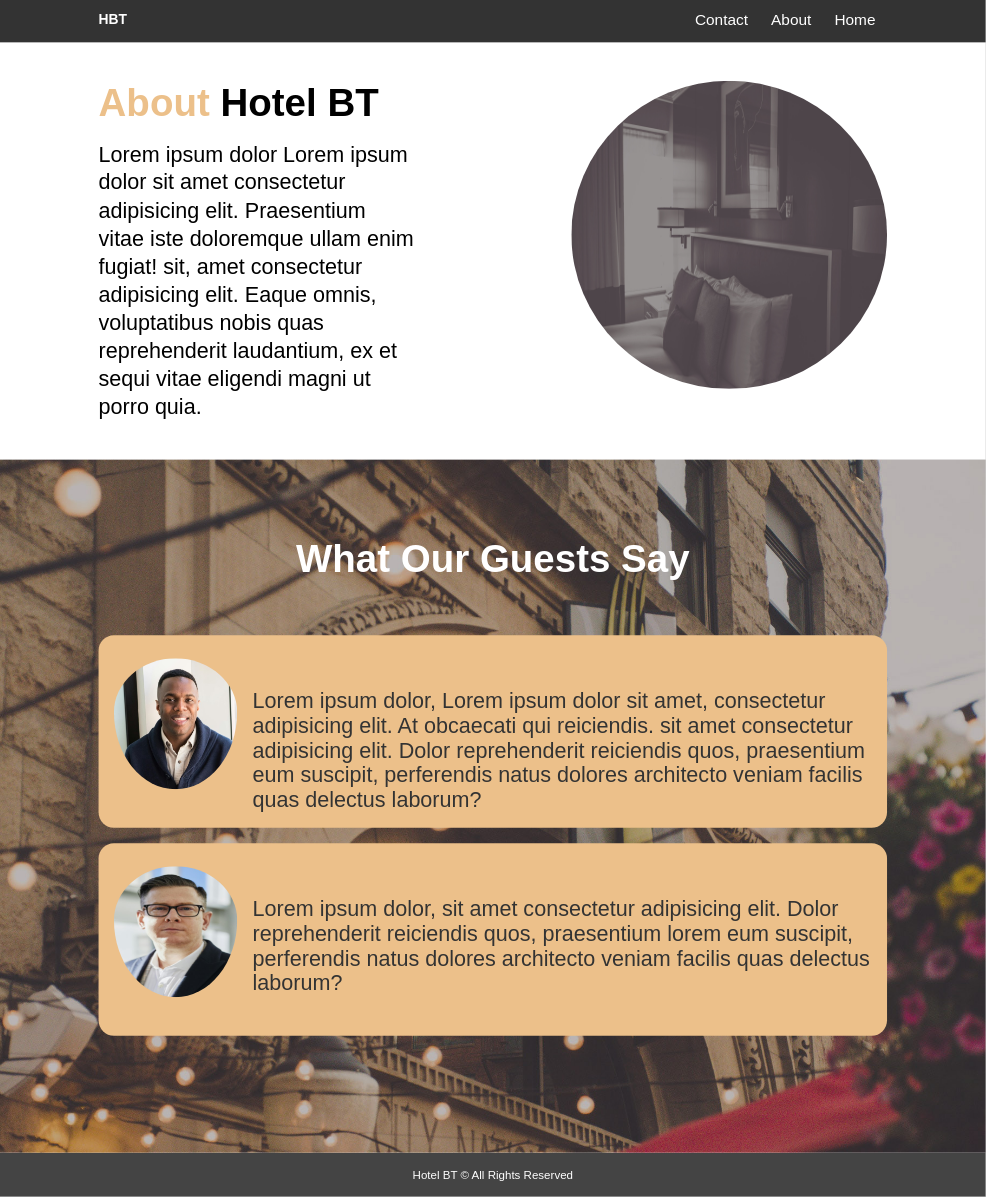
Repository: reemoon-ctrl/35---hotel-website
Page: about.html
The author's editor kept a copy of each file at every save. The page is drawn from the files as they stood at one save, then again after a run of saves.
The browser window is 1280 px wide. The pictures show the whole page, at 77% of full size.

Above is the page before, as saved 2024-07-24 21:20:01.

### about.html
<!DOCTYPE html>
<html lang="en">
<head>
    <meta charset="UTF-8">
    <meta name="viewport" content="width=device-width, initial-scale=1.0">
    <title>HBT | Hotel Website</title>
    <link rel="stylesheet" href="index.css"/>
    <link rel="stylesheet" media="screen and (max-width:500px)" href="mobile.css">
</head>
<body>
    <header>
        <ul class="nav-bar">
            <li class="title"><a href="index.html">HBT</a></li>
            <div class="bag-nav-row" >
            <li class="bag-nav"><a href="contact.html">Contact</a></li>
            <li class="bag-nav"><a href="about.html">About</a></li>
            <li class="bag-nav"><a href="index.html">Home</a></li>
            </div>
        </ul>
    </header>
    <header>


    </header>
    <main>
        <div class="s-header">
            <div class="header-content">
            <h1><span class="fword">About </span>Hotel BT</h1>
            <p>Lorem ipsum dolor Lorem ipsum dolor sit amet consectetur adipisicing elit. Praesentium vitae iste doloremque ullam enim fugiat! sit, amet consectetur adipisicing elit. Eaque omnis, voluptatibus nobis quas reprehenderit laudantium, ex et sequi vitae eligendi magni ut porro quia.
            </p>
           </div>
            <img class="hotel-img2" src="/img/showcase.jpg" alt="Hotel-image">
        </div>
    </main>
    <aside>
        <div class="aside-content">
            <ul>
                <li><h1>What Our Guests Say</h1></li>
                <li class="comment"><img src="img/pexels-divinetechygirl-1181391.jpg" alt="person-img"><p>Lorem ipsum dolor, Lorem ipsum dolor sit amet, consectetur adipisicing elit. At obcaecati qui reiciendis. sit amet consectetur adipisicing elit. Dolor reprehenderit reiciendis quos, praesentium eum suscipit, perferendis natus dolores architecto veniam facilis quas delectus laborum?</p></li>
                <li class="comment"><img src="img/pexels-linkedin-2182970.jpg" alt="person-img"><p>Lorem ipsum dolor, sit amet consectetur adipisicing elit. Dolor reprehenderit reiciendis quos, praesentium lorem eum suscipit, perferendis natus dolores architecto veniam facilis quas delectus laborum?</p></li>

            </ul>
        </div>
    </aside>
    <footer>
        <p>Hotel BT &copy; All Rights Reserved</p>

    </footer>
</body>
</html>

### index.css
*{
    padding: 0px;
    margin: 0px;
    box-sizing: border-box;
    font-family: "Rubik", sans-serif;
    font-optical-sizing: auto;




}
.nav-bar{
    list-style:none;
    overflow: auto;
    /* clear:both; */
    background: #333333;
    font-size: 20px;
    text-align: center;
    height: 55px;

}

.bag-nav-row{
    margin-right: 10%;
}
.title{
    float: left;
    margin-left: 10%;
    font-weight: bold;
    font-size:18px ;

    text-align: center;
    padding:15px 0px;

}
.title  a{
    text-decoration: none;
    color:#fff;
}


.bag-nav{
    float: left;
    font-size: 20px;


}
.bag-nav-row{
    float:right;
}
.bag-nav-row li a{
    text-decoration: none;
    padding: 15px;
    display: inline-block;
    color: #fff;
}

.bag-nav-row li a:hover{
    background: #444444;
    color:#ecc08a;
}
.bag-nav-row li a:current{
    background: #444444;
    color:#ecc08a;
}


.mainheader{
    background-image: url("img/showcase.jpg") ;
    background-color: #cccccc;
    height:600px;
    background-position: center;
    background-repeat: no-repeat;
    background-size:cover;
    position: relative;
}
.mainheadertxt{
    /* margin: auto; */
    padding: 150px 10%;
    position:relative;
    text-align: center;
    /* margin-top: 20px; */
    color:#fff;
}
.mainheadertxt h1{
    font-size:50px;

}

.mainheadertxt p{
    margin:20px;
    font-size: 20px;
}
.mainheadertxt a{
    position:relative;
    display: block;
    width: fit-content;
    background: #444444;
    text-decoration:none ;
    color: #fff;
    top:50%;
    margin-top: 30px;
    margin: auto;
    font-size: 20px;

    padding: 20px;
}
.mainheadertxt a:hover{
    background: #ecc08a;
    cursor: pointer;
    color:#333333;

}
.fword{
    color:#ecc08a
}
.main-content{
    width:100%;
    height:400px;
    overflow: auto;
    background: #444444;
    color: #fff;
}
.hotelimg{
    width:50%;
    float:left;

    min-height:100% ;
    background: url('img/photo-1.jpg') no-repeat;
}
.hotel-disc{
    /* padding-top: 100px; */
    padding:20px 10px;
    width:50%;
    height:40px;
    float:right;
    text-align: center;
    /* margin-top:px; */
    line-height: 1.3;
    /* padding:20px; */

}
.hotel-disc h3{
    font-size: 25px;
    /* font-size: xx-large; */
    margin-bottom: 20px;
    margin-top:5rem;
}
.hotel-disc a{
    position:relative;
    display: block;
    width: fit-content;
    text-decoration:none ;
    color: #333333;
    padding: 15px;
    margin:auto;
    margin-top: 20px;
    background: #fff;

}
.hotel-disc a:hover{
    background: #ecc08a;
}
.hotel-disc p{
    font-size: 20px;
}

.aside-bar{
    height: 300px;
    overflow: auto;
    clear:both;

}
.ul{
    list-style: none;
    text-align: center;
    margin:auto;
    height:300px;
}
.fli{

    margin: auto;
    float: left;
    width:33.3%;
    height: 300px;
    padding: 90px 20px;
}
.fli h4{
    font-size: 25px;
    margin-bottom: 20px;
    margin-top: 20px;
}
.sli h4{
    margin-top: 20px;
    font-size: 25px;
    margin-bottom: 20px;
}
.thli h4{
    margin-top: 20px;
    font-size: 25px;
    margin-bottom: 20px;
}
.sli{
    float:left;
    width:33.3%;
    background-color:#ecc08a;
    height: 300px;
    padding: 90px 20px;

}
.thli{
    float:right;
    width:33.3%;
    height: 300px;
    margin: auto;
    padding: 90px 20px;
}

footer p{
    text-align: center;
    font-size: 15px;
    color: #fff;
    background: #444444;
    padding: 20px;
}

/* ///////////////about website////////////////// */
.s-header{
    overflow: auto;
    clear: both;
    margin: auto;
    margin: 50px 10%;
    /* height: 500px; */
}
.header-content{
    float:left;
    width:40%;

}
.header-content h1{
    font-size: 50px;
}
.header-content p{
    font-size: 28px;
    margin-top: 20px;
    line-height: 1.3;
}
.hotel-img2{
    height:400px;
    width: 40%;
    float: right;
    border-radius:50%;
}
.comment{
    overflow: auto;
    background:#ecc08a;
    margin: 20px 10%;
    border-radius: 20px;

}
.aside-content{
    background-image: url(img/test-bg.jpg) ;
    background-color: #cccccc;
    height:900px;
    background-position: center;
    background-repeat: no-repeat;
    background-size: cover;
    position: relative;
    width: 100%;



}
.aside-content h1{
    margin: 20px 10%;
    text-align: center;
    color: #FFF;
    font-size: 50px;
    padding-top: 100px;
    padding-bottom: 50px;

}
.comment img{
    padding-top: 30px;
width:200px ;
height:200px ;
border-radius: 200px;
float: left;
padding-right: 20px;
padding-left: 20px;
margin-bottom: 50px;
}
.comment p{
padding-top: 70px;
font-size: 28px;
color: #333333;


}
/* ///////////////contact style///////////// */
form h1{
    margin-bottom: 20px;
    font-size: 50px;

}
form p{
    font-size: 25px;

}

.form-label label{
    display: block;

}
.form-label input{
    width:100%;
    padding:10px;
    font-size: 28px;
    border:#ddd solid 1px;
    /* border: 3px solid #ccc; */
    -webkit-transition: 0.5s;
    transition: 0.5s;
    outline: none;

}
.form-label input[type=text]:focus{
    border: 2px solid #ecc08a;
}
.form-label{
    font-size: 35px;
    margin-top: 20px;
}
.submit-input:hover{
    border: 2px solid #ecc08a;
    background: #ecc08a;
    color:#444444;
}
textarea{
    width: 100%;
    height: 250px;
    padding: 12px 20px;
    box-sizing: border-box;
    border: 1px solid #ddd;
    border-radius: 4px;
    /* background-color: #f8f8f8; */
    resize:none;
    font-size: 20px;
    -webkit-transition: 0.5s;
    transition: 0.5s;
    outline: none;

}
textarea:focus{
    border: 2px solid #ecc08a;
}
.submit-input{
 padding: 20px;
 /* text-align: center; */
 width:200px;
 cursor: pointer;
 margin: 30px 0px;
 background: #333333;
 color: #FFF;
 font-size: 20px;


}
.form-container{
    margin: 40px 10%;
    height:800px;
}
.fli-about{
    padding: 60px;
    margin: auto;
    float: left;
    width:33%;
    height: 300px;
    padding: 90px 20px;
    color:#ddd;
}
.fli-about h4{
    font-size: 35px;
    margin-bottom: 20px;
}
.fli-about p{
    font-size: 28px;
}
.sli-about h4{
    font-size: 35px;
    margin-bottom: 20px;
}
.sli-about p{
    font-size: 28px;
}
.thli-about h4{
    font-size: 35px;
    margin-bottom: 20px;
}
.thli-about p{
    font-size: 28px;
}
.sli-about{
    float:left;
    width:33%;
    color: #ddd;
    height: 300px;
    padding: 90px 20px;

}
.thli-about{
    float:right;
    width:33%;
    height: 300px;
    margin: auto;
    height: 300px;
    padding: 90px 20px;
    background: #333333;
    color: #ddd;
}
.ul-about{
    list-style: none;
    text-align: center;
    margin:auto;
    height:300px;
    background: #333333;
}

### mobile.css
.title{
    float:none;
    text-align: center;
    margin-left: 0px;
}

.bag-nav{
    float:none;
    text-align: center;
}
.bag-nav-row{
    margin-right: 0px;
}
.bag-nav-row li a{

    padding: 10px;
    width:30rem;
}
.nav-bar{
    height: fit-content;
}


.hotelimg{
    display: none;
}
.hotel-disc{

    width: 100%;
}
.hotel-disc h3{
    margin-bottom: 2rem;
    margin-top:2rem;
}
.aside-bar{
    height:max-content;
    overflow: auto;
    clear:both;

}
.ul{
    height:100%;
}
.fli{
    float:none;
    padding:1rem;
    width:100%;
    padding: 3rem;
    height:fit-content;
}
.sli{
    float: none;
    width:100%;
    padding: 3rem;
    height:fit-content;
}
.thli{
    float:none;
    width:100%;
    padding: 3rem;
    height:fit-content;
}
/* ////////////////////about/////// */
.header-content{
    float:none;
    width: 100%;
}
.hotel-img2{
    float:none;
}

After the next 2 saves:
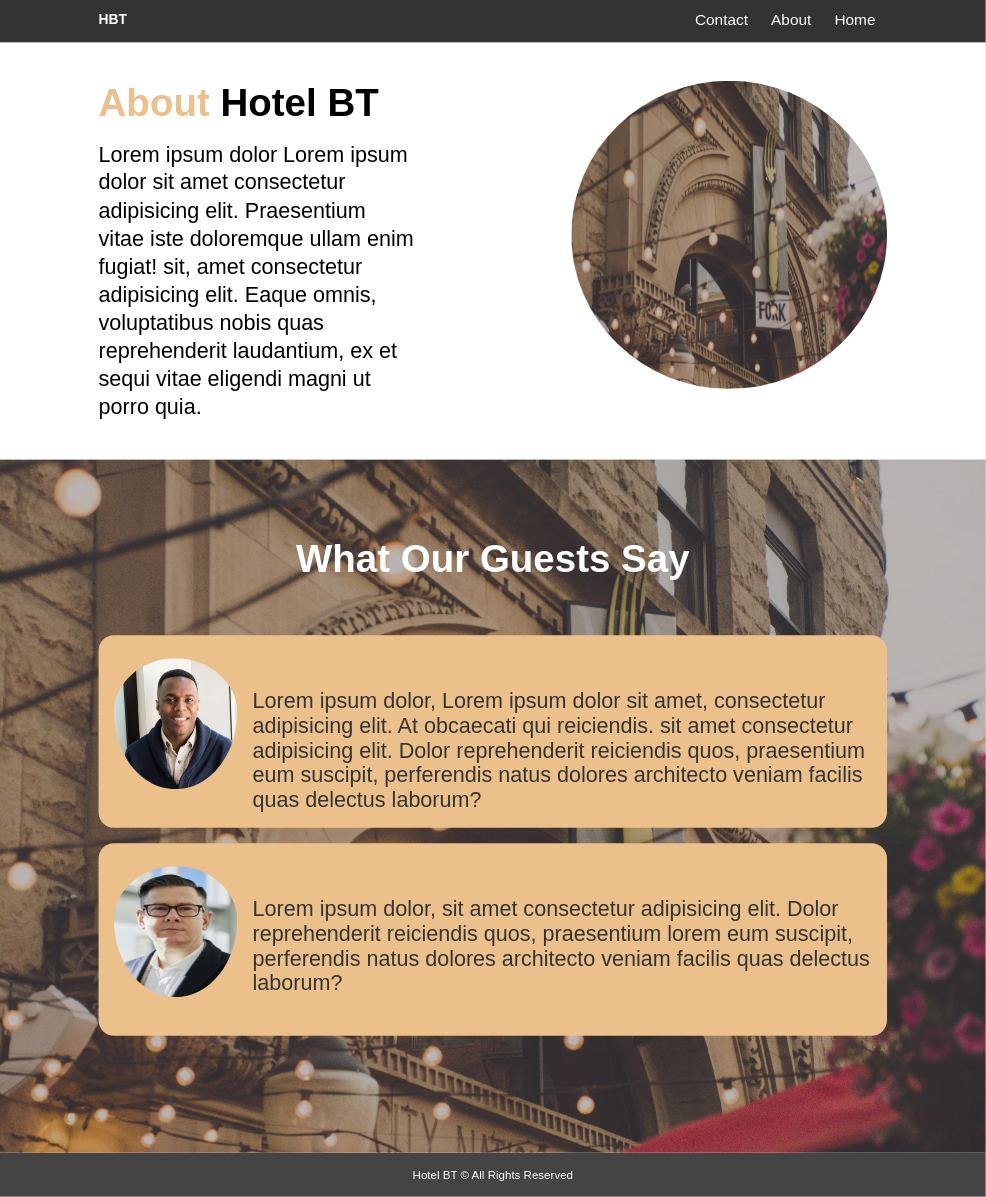
The 2 saves are shown as one change because they came seconds apart.
The last was saved 9 s later.
--- a/about.html
+++ b/about.html
@@ -29,7 +29,7 @@
             <p>Lorem ipsum dolor Lorem ipsum dolor sit amet consectetur adipisicing elit. Praesentium vitae iste doloremque ullam enim fugiat! sit, amet consectetur adipisicing elit. Eaque omnis, voluptatibus nobis quas reprehenderit laudantium, ex et sequi vitae eligendi magni ut porro quia.
             </p>
            </div>
-            <img class="hotel-img2" src="/img/showcase.jpg" alt="Hotel-image">
+            <img class="hotel-img2" src="/img/test-bg.jpg" alt="Hotel-image">
         </div>
     </main>
     <aside>
